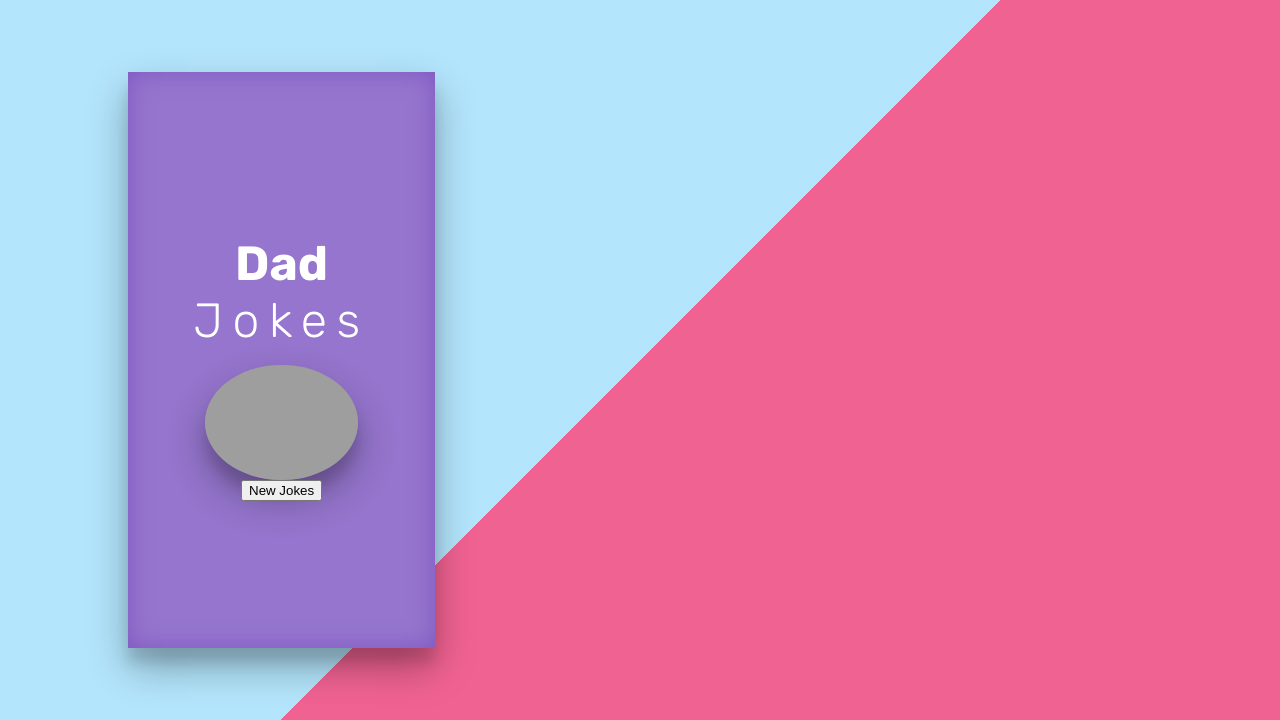
Repository: zhapar/dad-jokes
Page: /
These files come from the project's save history. The page is drawn as it stood at one moment and after the next save; the edit follows.
The browser window is 1280 px wide. The pictures show the whole page.
Pictures or frames that could not be fetched are drawn as grey boxes. The page's requests for data from a server got no answer. The project was rebuilt for these pictures with package versions that can differ from the ones it lists, and the page was loaded fresh each time. No one was signed in, and anything a server would have sent is missing.

Above is the page before, as saved 2020-08-29 21:13:40.

### src/App.js
import React from "react";
import JokeList from "./JokeList";
import "./App.css";

function App() {
  return (
    <div className="App">
      <JokeList />
    </div>
  );
}

export default App;

### src/JokeList.js
import React, { Component } from "react";
import axios from "axios";
import "./JokeList.css";

class JokeList extends Component {
  static defaultProps = {
    numJokesToGet: 10,
  };

  constructor(props) {
    super(props);
    this.state = {
      jokes: [],
    };
  }

  async componentDidMount() {
    let jokes = [];
    while (jokes.length < this.props.numJokesToGet) {
      let res = await axios.get("https://icanhazdadjoke.com/", {
        headers: { Accept: "application/json" },
      });
      jokes.push(res.data.joke);
    }
    this.setState({ jokes });
  }

  render() {
    return (
      <div className="JokeList">
        <div className="JokeList-sidebar">
          <h1 className="JokeList-title">
            <span>Dad</span> Jokes
          </h1>
          <img
            src="https://assets.dryicons.com/uploads/icon/svg/8927/0eb14c71-38f2-433a-bfc8-23d9c99b3647.svg"
            alt="Smiling"
          />
          <button className="JokeList-getmore">New Jokes</button>
        </div>
        <div className="JokeList-jokes">
          {this.state.jokes.map((j) => (
            <div>{j}</div>
          ))}
        </div>
      </div>
    );
  }
}

export default JokeList;

### src/App.css
@import url('https://fonts.googleapis.com/css2?family=Rubik:wght@300;400;700&display=swap');

.App {
  display: flex;
  justify-content: center;
  align-items: center;
  height: 100vh;
  font-family: 'Rubik', sans-serif;
  color: #78909c;
  background: linear-gradient(135deg,
      rgba(179, 229, 252, 1) 0%,
      rgba(179, 229, 252, 1) 50%,
      rgba(240, 98, 146, 1) 50%,
      rgba(240, 98, 146, 1) 100%);
}

### src/JokeList.css
.JokeList {
  display: flex;
  width: 80%;
  height: 80%;
}

.JokeList-sidebar {
  background-color: #9575cd;
  display: flex;
  flex-direction: column;
  justify-content: center;
  align-items: center;
  width: 30%;
  text-align: center;
  box-shadow: 0 19px 38px rgba(0, 0, 0, .3), 0 15px 12px rgba(0, 0, 0, .1), inset 0 0 25px #7e57c2;
}

.JokeList-title {
  font-size: 3rem;
  margin: 1rem;
  color: #ffffff;
  font-weight: 300;
  letter-spacing: 0.6rem;
}

.JokeList-title span {
  font-weight: 700;
  letter-spacing: 0;
}

.JokeList-sidebar img {
  width: 50%;
  box-shadow: 0 19px 38px rgba(0, 0, 0, 0.3), 0 15px 12px rgba(0, 0, 0, 0.1);
  border-radius: 50%;
}

Loaded but not shown: src/index.js (common file); src/index.css (common file); src/serviceWorker.js (common file)

After the next save:
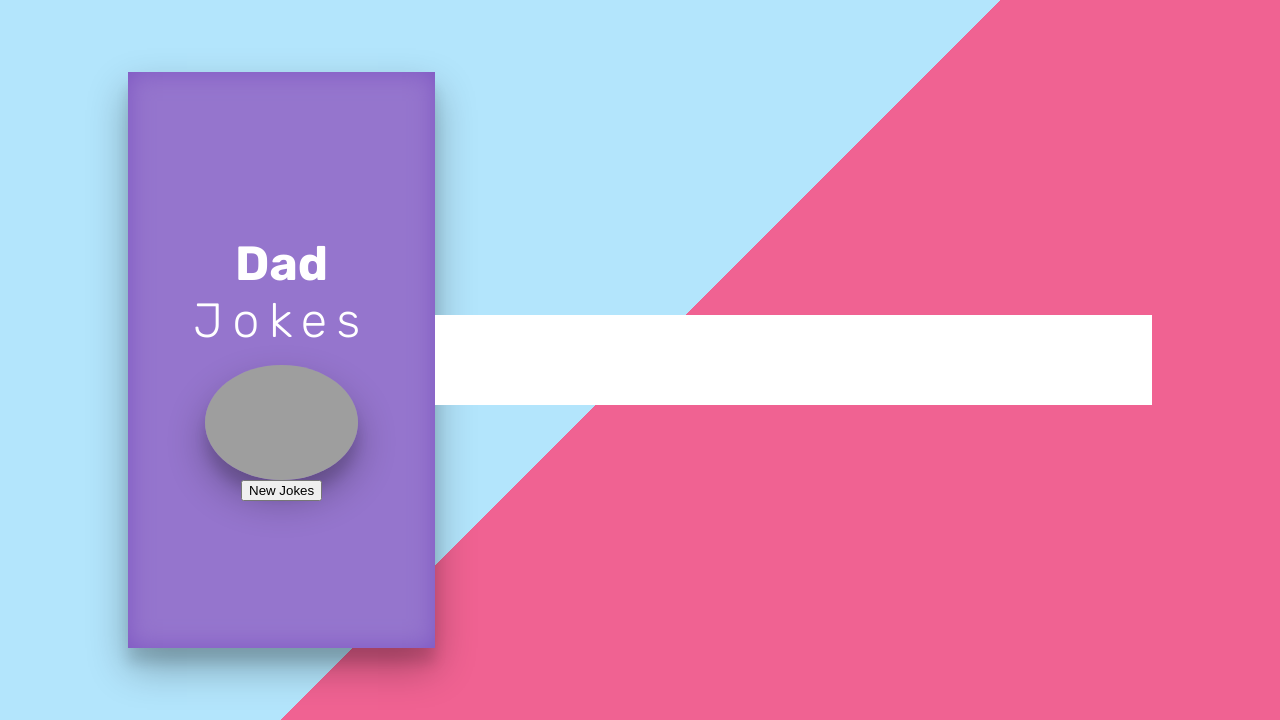
Saved 2 min 24 s later.
--- a/src/JokeList.css
+++ b/src/JokeList.css
@@ -33,3 +33,11 @@
   box-shadow: 0 19px 38px rgba(0, 0, 0, 0.3), 0 15px 12px rgba(0, 0, 0, 0.1);
   border-radius: 50%;
 }
+
+.JokeList-jokes {
+  height: 90px;
+  background: #ffffff;
+  align-self: center;
+  width: 70%;
+  overflow: scroll;
+}
